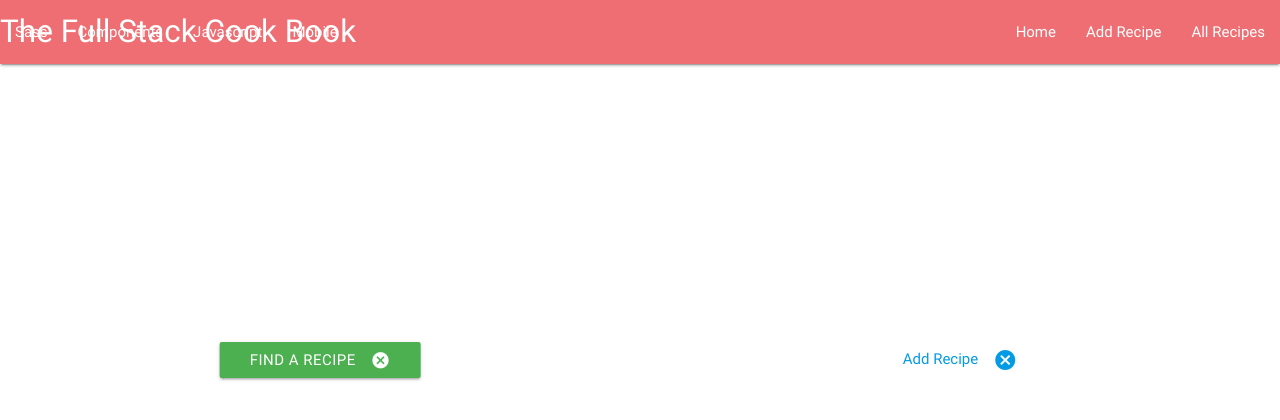
Repository: nakitamccool/francisillingworth-milestone-project-3
Page: http://localhost/index
The author's editor kept a record of every edit. The page is drawn from the files as they stood at one moment, then again after the next edit.
The browser window is 1280 px wide. The pictures show the whole page.
The page is served by the project's application, run on Flask 3 (app.py).

Above is the page before.

After the next edit:
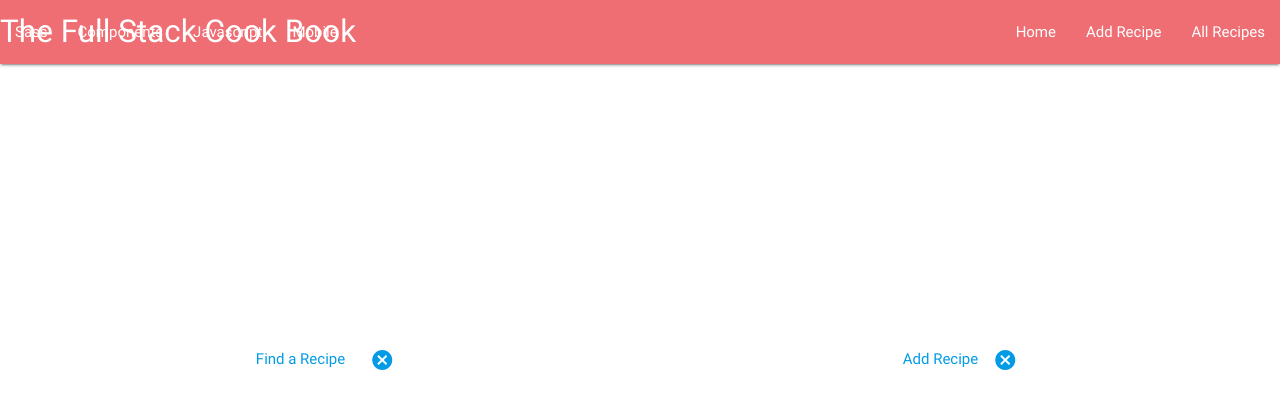
The edit:
--- a/templates/index.html
+++ b/templates/index.html
@@ -4,7 +4,7 @@
 
 <div class="split left">
     <div class="centered">
-        <a href="{{ url_for('get_recipes') }}" class="waves-effect waves-light btn green">
+        <a class = "findRecipe" href="{{ url_for('get_recipes') }}" class="waves-effect waves-light btn green">
                 <i class="material-icons right">cancel</i>Find a Recipe
             </a>
     </div>
